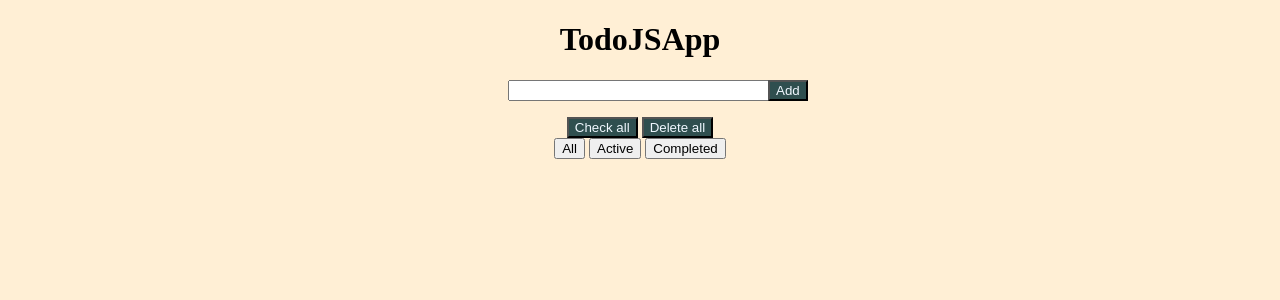
Repository: Follle/Todo
Page: index.html
These files come from the project's save history. The page is drawn as it stood at one moment and after the next save; the edit follows.
The browser window is 1280 px wide. The pictures show the whole page.

Above is the page before, as saved 2024-03-25 12:19:16.
Console error: TypeError: Cannot read properties of null (reading 'addEventListener')

### index.html
<!DOCTYPE HTML>
<html>
 <head>
  <meta http-equiv="Content-Type" content="text/html; charset=utf-8">
  <title>ToDo</title>
  <script src ="script.js" defer></script>
  <style>
    body{
        background-color: #FFEFD5;

        text-align: center;
    }
  </style>
 </head>
 <body>

    <h1>TodoJSApp</h1>
    <p style="position: fixed; top:64px; left:60% "><button style = "background:#2F4F4F; color:aliceblue" class="add-btn">Add</button>
    <p style=" top:1"><input maxlength="25" size="30" class="i-1"></p>
    <div class="tasks-list"></div>
    <button style = "background:#2F4F4F; color:aliceblue" class="i-2">Check all</button>
    <button style = "background:#2F4F4F; color:aliceblue" class="i-3">Delete all</button>
  </div>
  <div class="task-list-completed"></div>
  <button>All</button>
  <button>Active</button>
  <button>Completed</button>


 </body>
</html>

### script.js
const btn = document.querySelector('.add-btn');
const inp = document.querySelector('.i-1');
const tasksList= document.querySelector('.tasks-list');
const selectAll = document.querySelector('.i-2');
const cancel = document.querySelector('.i-3');
const showAllCompleted = document.querySelector('.i-4');
const input = document.createElement('input');
const showStatus = document.querySelector('.all');


let tasksArray = [];
let checkAllCount=[];
let notCheckAllCount=0;
let filtrationStatus = 'all';

function addTask () {
    tasksArray.push({
        id: Date.now(),
        text: inp.value,
        isChecked: false,
    });
    render();
}

function render() {// выводит инфу
    switch(filtrationStatus){
        case "All":
            tempArray = tasksArray;
            break;
        case "Completed":
            tempArray = tasksArray.filter((item) => item.isChecked);
            break;
        case "Active":
            tempArray = tasksArray.filter((item) => !item.isChecked);
            break;
    }
    tasksList.innerHTML= "";
    tasksArray.forEach((elem) => tasksList.innerHTML += `<div id="${elem.id}">
    <input type="checkbox" ${elem.isChecked ? 'checked' : ''}><label>${elem.text}</label>
    <button>X</button>`);
    countCheck();
    chooseTaskStatus();
}

function changes(event){//изменения инпута
    const taskId = Number(event.target.parentElement.id);
    if (event.target.tagName === 'BUTTON'){
        const elem = tasksArray.findIndex((elem) => elem.id === taskId)
        tasksArray.splice(elem, 1);
        countCheck();
        render();

    }

    if (event.target.tagName === 'INPUT' && event.target.type === 'checkbox'){//удаляет завершенные
        const elem = tasksArray.findIndex((elem) => elem.id === taskId)
        tasksArray[elem].isChecked = !tasksArray[elem].isChecked;
        if (event.target.tagName === 'Enter') {
        addTask();
    }
        countCheck();
        render();

    }


}
function checkAll(){//делает все чекбоксы сделанными
    tasksArray.forEach((elem)=>elem.isChecked =true);
    render();

}

function checkAndDelete(){// удаляет по одному
   tasksArray = tasksArray.filter((item) => !item.isChecked)
   render();
}

function handleEnter (event) { // сохраняет при нажатии enter
    if (event.code === 'Enter') {
        addTask();
    }
}

function editTask(event){//редактирование существующего
    const taskId = Number(event.target.parentElement.id);
    const temp = event.target;
    if (event.target.tagName === 'LABEL')
    {
        input.value = tasksArray[tasksArray.findIndex((item) => item.id === taskId)].text;
        input.id = taskId;
        temp.replaceWith(input);
        input.focus();
    }

}

function saveInput(event){
    if (event.code === 'Enter') { //сохраняет при нажатии enter
        tasksArray[tasksArray.findIndex((item) => Number(item.id) === Number(input.id))].text = input.value;
        render();
    }

    if (event.code === 'Escape'){//отменяет изменения при нажатии escape
        render();
    }
}

input.onblur = function(event) {// сохранение при блюре
    if (event.sourceCapabilities !== null) {
        tasksArray[tasksArray.findIndex((item) => Number(item.id) === Number(input.id))].text = input.value;
    render();
    }
}

function countCheck(){// считает выбранные и не очень
    checkAllCount = tasksArray.filter((item) => item.isChecked).length;
    notCheckAllCount =tasksArray.length - checkAllCount;
    tasksList.innerHTML += `</div><label>${"  " + "All" + "(" + (checkAllCount+notCheckAllCount) + ")" }</label>`;
    tasksList.innerHTML += `</div><label>${"Active" + "(" + checkAllCount + ")" + "  "}</label>` ;
    tasksList.innerHTML += `</div><label>${"  " + "Completed" + "(" + notCheckAllCount + ")" + "     "}</label>`;

}

function chooseTaskStatus(){
    let tempArray;

}

showStatus.addEventListener('click',chooseTaskStatus);
input.addEventListener('keydown', saveInput);
inp.addEventListener('keydown', handleEnter);
selectAll.addEventListener('click', checkAll);
cancel.addEventListener('click', checkAndDelete);
tasksList.addEventListener('dblclick', editTask);
tasksList.addEventListener('click', changes);
btn.addEventListener('click', addTask);

After the next save:
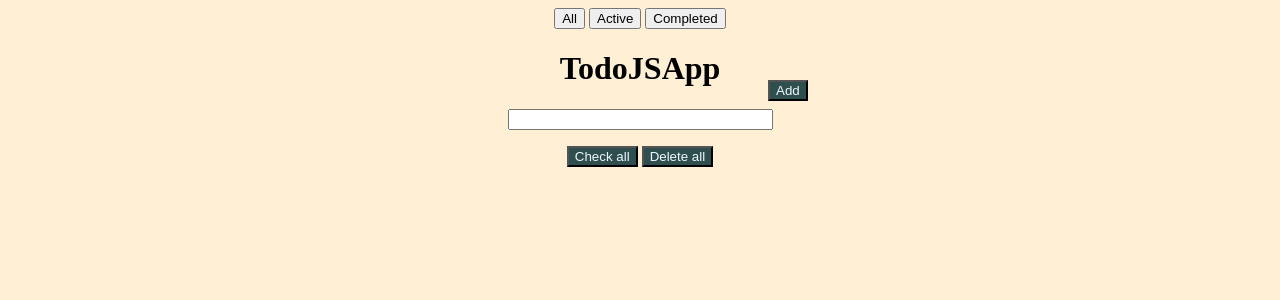
The error is gone.
Saved 37 s later.
--- a/index.html
+++ b/index.html
@@ -13,6 +13,9 @@
   </style>
  </head>
  <body>
+  <button class='all'>All</button>
+  <button class='active'>Active</button>
+  <button class='active'>Completed</button>
 
     <h1>TodoJSApp</h1>
     <p style="position: fixed; top:64px; left:60% "><button style = "background:#2F4F4F; color:aliceblue" class="add-btn">Add</button>
@@ -22,9 +25,6 @@
     <button style = "background:#2F4F4F; color:aliceblue" class="i-3">Delete all</button>
   </div>
   <div class="task-list-completed"></div>
-  <button>All</button>
-  <button>Active</button>
-  <button>Completed</button>
 
 
  </body>
